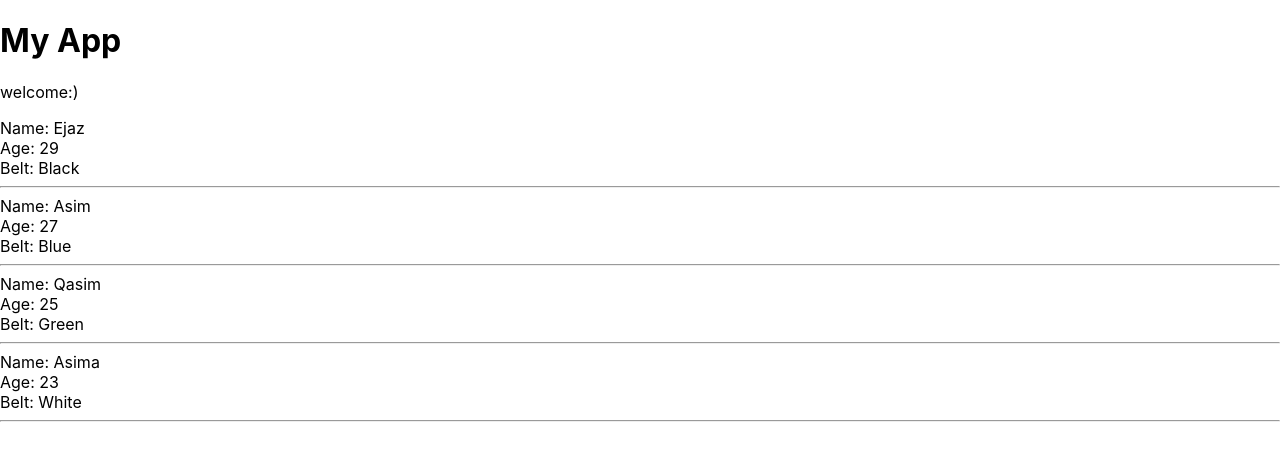
Repository: ejazsidhu/reactJSPrecticeNinja
Page: /
An editor plug-in stored every save of this project. The page is shown before and after the next save, followed by the edit.
The browser window is 1280 px wide. The pictures show the whole page.
The project was rebuilt for these pictures with package versions that can differ from the ones it lists, and the page was loaded fresh each time.

Above is the page before, as saved 2020-04-10 19:48:57.

After the next save:
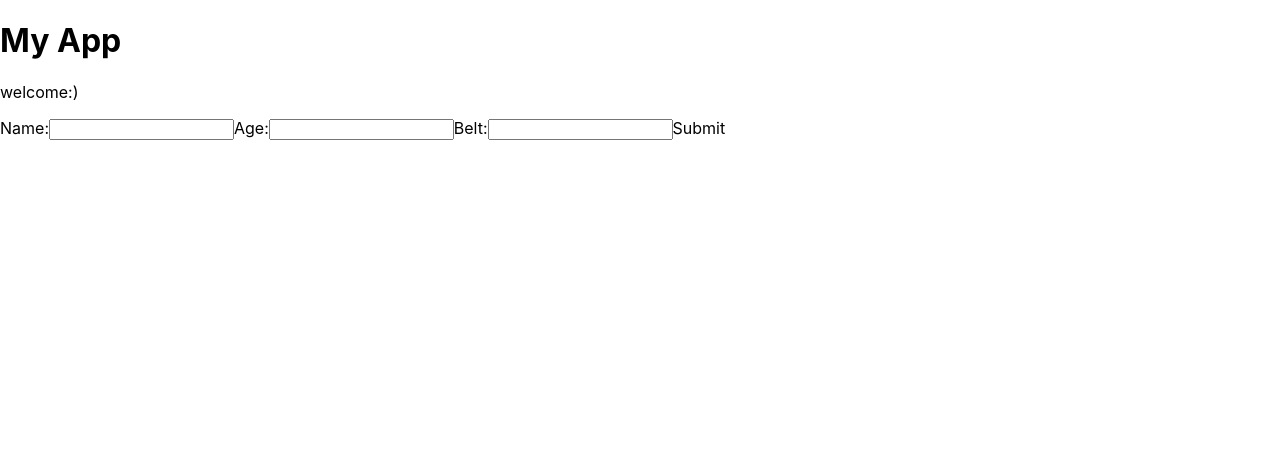
Saved 31 s later.
--- a/src/App.js
+++ b/src/App.js
@@ -1,5 +1,6 @@
 import React from 'react';
 import Ninjas from './ninjas'
+import AddNinja from './addNinja';
 
 class App extends React.Component {
   state={
@@ -17,7 +18,8 @@ render(){
     <div className="App">
   <h1>My App</h1>
   <p>welcome:)</p>
-  <Ninjas ninjas={this.state.ninjas}/>
+<AddNinja/>
+  {/* <Ninjas ninjas={this.state.ninjas}/> */}
     </div>
   );
 }
